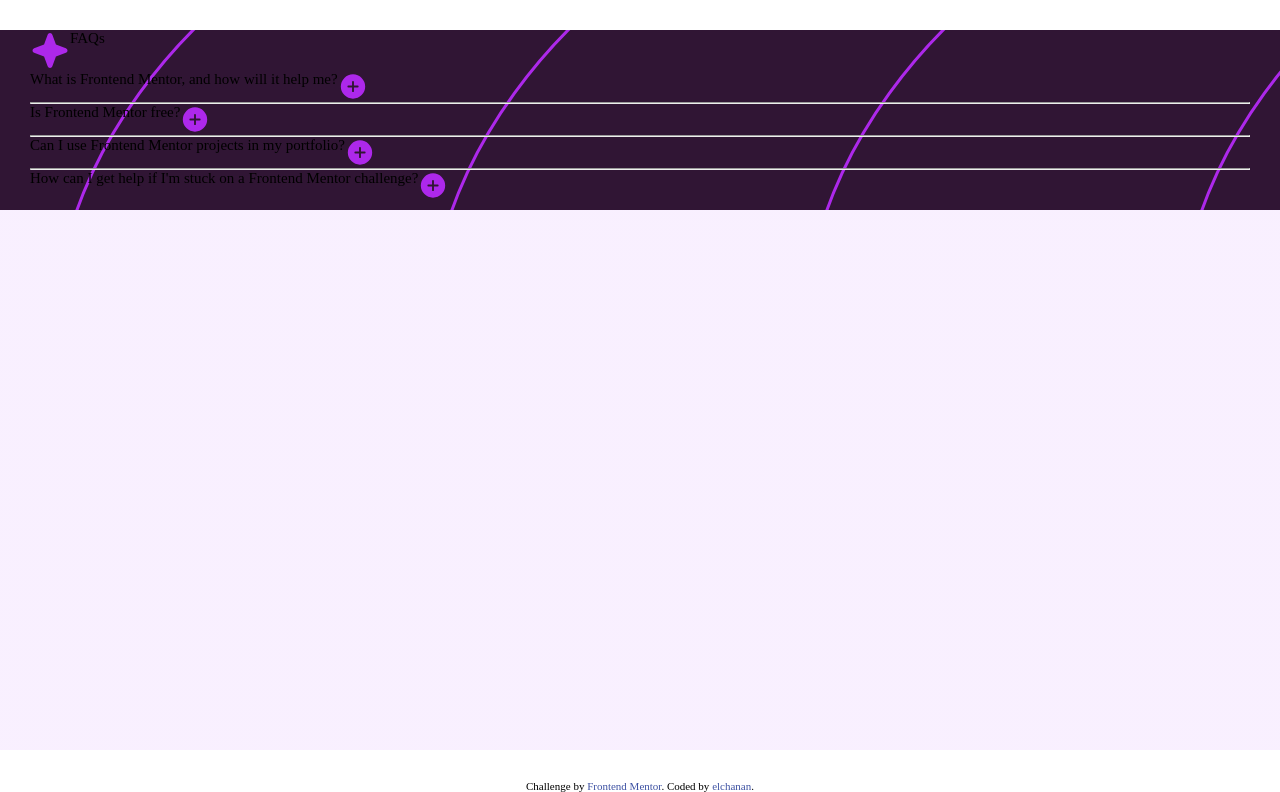
Repository: elchananChen/frontend-mentor-projects
Page: 2024/10/faQs/index.html
An editor plug-in stored every save of this project. The page is shown before and after the next save, followed by the edit.
The browser window is 1280 px wide. The pictures show the whole page.

Above is the page before, as saved 2024-10-13 05:58:47.

### 2024/10/faQs/index.html
<!DOCTYPE html>
<html lang="en">
  <head>
    <meta charset="UTF-8" />
    <meta name="viewport" content="width=device-width, initial-scale=1.0" />

    <link
      rel="icon"
      type="image/png"
      sizes="32x32"
      href="./assets/images/favicon-32x32.png"
    />

    <title>Frontend Mentor | FAQ accordion</title>

    <style>
      .attribution {
        font-size: 11px;
        text-align: center;
      }
      .attribution a {
        color: hsl(228, 45%, 44%);
      }
    </style>
    <link rel="stylesheet" href="./style.css" />
  </head>
  <body>
    <article>
      <div class="card">
        <header>
          <div class="flex">
            <div><img src="./assets/images/icon-star.svg" alt="" /></div>
            <h1>FAQs</h1>
          </div>
        </header>
        <main>
          <div class="flex">
            <h3>What is Frontend Mentor, and how will it help me?</h3>
            <div><img src="./assets/images/icon-plus.svg" alt="" /></div>
          </div>
          <p class="hidden">
            Frontend Mentor offers realistic coding challenges to help
            developers improve their frontend coding skills with projects in
            HTML, CSS, and JavaScript. It's suitable for all levels and ideal
            for portfolio building.
          </p>
          <hr />
          <div class="flex">
            <h3>Is Frontend Mentor free?</h3>
            <div><img src="./assets/images/icon-plus.svg" alt="" /></div>
          </div>
          <p class="hidden">
            Yes, Frontend Mentor offers both free and premium coding challenges,
            with the free option providing access to a range of projects
            suitable for all skill levels.
          </p>
          <hr />
          <div class="flex">
            <h3>Can I use Frontend Mentor projects in my portfolio?</h3>
            <div><img src="./assets/images/icon-plus.svg" alt="" /></div>
          </div>
          <p class="hidden">
            Yes, you can use projects completed on Frontend Mentor in your
            portfolio. It's an excellent way to showcase your skills to
            potential employers!
          </p>
          <hr />
          <div class="flex">
            <h3>
              How can I get help if I'm stuck on a Frontend Mentor challenge?
            </h3>
            <div><img src="./assets/images/icon-plus.svg" alt="" /></div>
          </div>
          <p class="hidden">
            The best place to get help is inside Frontend Mentor's Discord
            community. There's a help channel where you can ask questions and
            seek support from other community members.
          </p>
        </main>
      </div>
    </article>
    <div class="attribution">
      Challenge by
      <a href="https://www.frontendmentor.io?ref=challenge" target="_blank"
        >Frontend Mentor</a
      >. Coded by <a href="#">elchanan</a>.
    </div>
  </body>
</html>

### 2024/10/faQs/style.css
@import url("./css/reset.css");
@import url("./css/varieble.css");
@import url("./css/fonts.css");
@import url("./css/utilities.css");

article {
  min-height: 100vh;
  width: 100%;
  background: linear-gradient(180deg, transparent 25%, hsl(275, 100%, 97%) 25%),
    url("./assets/images/background-pattern-mobile.svg");
}
.card {
  min-height: 100vh;
  margin: 2rem;
}
header {
}

### 2024/10/faQs/css/reset.css
* {
  box-sizing: border-box;
  margin: 0;
  padding: 0;
}
html {
  font-family: "overpass-Regular";
}
html,
body {
  min-height: 100vh;
  width: 100%;
  font-size: 15px;
}

img {
  display: block;
  max-width: 100%;
}
h1,
h2,
h3,
h4,
h5,
h6 {
  font-size: 1rem;
  font-weight: normal;
}
button {
  border: 0px;
}

ul,
ol {
  padding-left: 0.5rem;
}
a {
  text-decoration: none;
  color: inherit;
}

### 2024/10/faQs/css/varieble.css
:root {
  --color-White: hsl(0, 0%, 100%);
  --color-Light-pink: hsl(275, 100%, 97%);
  --color-Grayish-purple: hsl(292, 16%, 49%);
  --color-Dark-purple: hsl(292, 42%, 14%);
}

### 2024/10/faQs/css/utilities.css
.flex {
  display: flex;
}
.hidden {
  display: none;
}

Loaded but not shown: 2024/10/faQs/css/fonts.css (no copy from this time; the picture is the same without it)

After the next save:
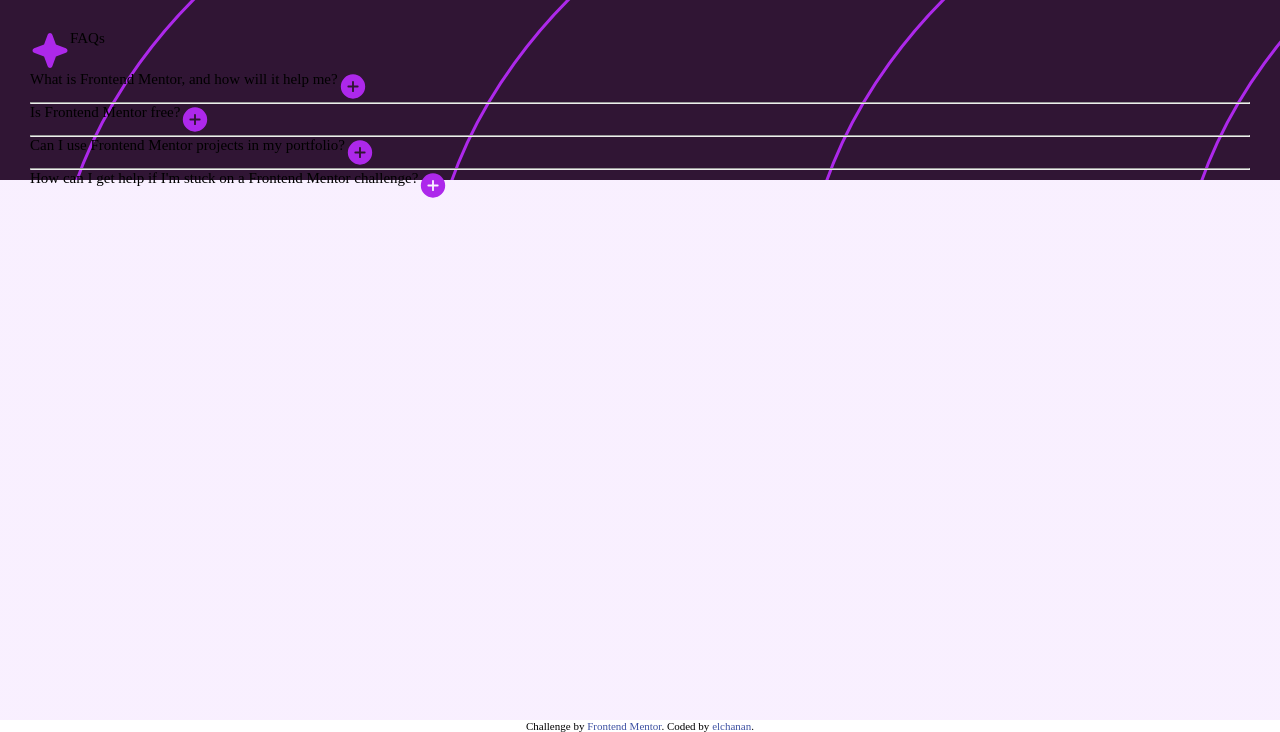
Saved 18 s later.
--- a/2024/10/faQs/style.css
+++ b/2024/10/faQs/style.css
@@ -11,7 +11,7 @@
 }
 .card {
   min-height: 100vh;
-  margin: 2rem;
+  padding: 2rem;
 }
 header {
 }
